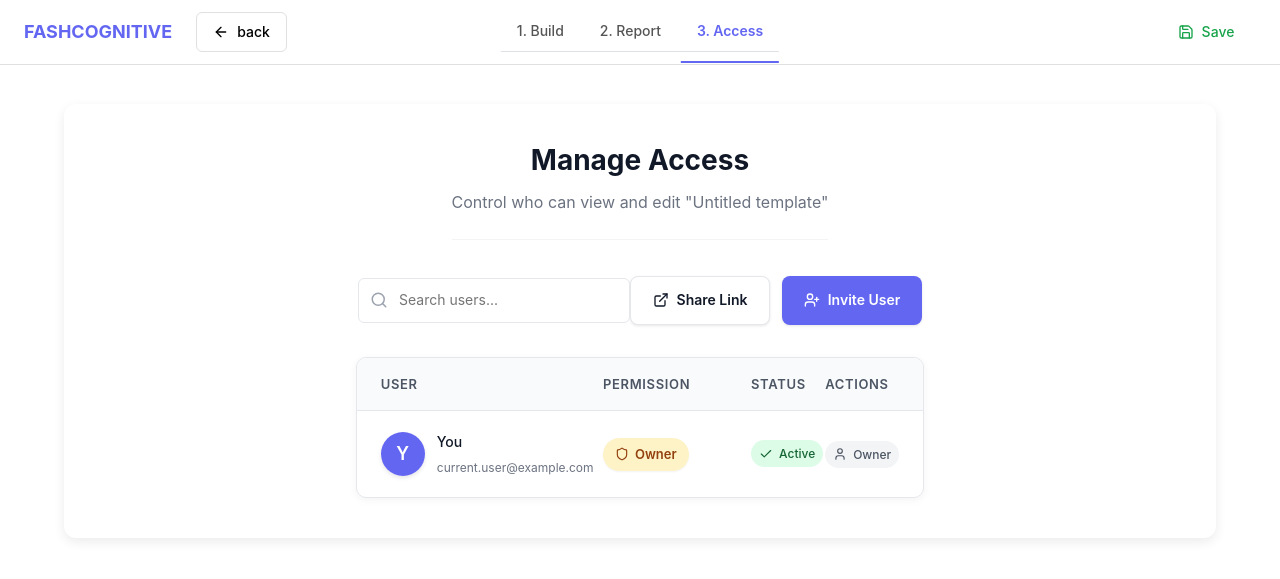
Repository: loganand612/fashcognitive-intern
Page: /ct (app in fash/), after clicking the first element matching `div.nav-tabs > :nth-child(3)`
These files come from the project's save history. The page is drawn as it stood at one moment and after the next save; the edit follows.
The browser window is 1280 px wide. The pictures show the whole page.
The project was rebuilt for these pictures with package versions that can differ from the ones it lists, and the page was loaded fresh each time. Also part of the build but not shown: fash/src/pages/Login.css, fash/src/pages/Register.css, fash/src/pages/Template.css, fash/src/pages/Home.tsx, fash/src/pages/Login.tsx, fash/src/pages/Register.tsx, fash/src/pages/Home2.tsx, fash/src/pages/Dashboard.tsx and 1 more. Imported but missing from the stored project, and not drawn on this page: fash/src/pages/assets/head1.mp4.

Above is the page before, as saved 2025-04-14 09:13:11.

### fash/src/index.tsx
import React from 'react';
import ReactDOM from 'react-dom/client';

// Import third-party styles first
import 'bootstrap/dist/css/bootstrap.min.css';
import '@fortawesome/fontawesome-free/css/all.min.css';

// Import page-specific styles last
import './pages/Home.css';
import './pages/Home2.css';
import './pages/Login.css';
import './pages/Register.css';
import './pages/Dashboard.css';
import './pages/Template.css';
import './pages/Create_template.css';

import App from './App';
import reportWebVitals from './reportWebVitals';

const root = ReactDOM.createRoot(
  document.getElementById('root') as HTMLElement
);
root.render(
  <React.StrictMode>
    <App />
  </React.StrictMode>
);

// If you want to start measuring performance in your app, pass a function
// to log results (for example: reportWebVitals(console.log))
// or send to an analytics endpoint. Learn more: https://bit.ly/CRA-vitals
reportWebVitals();

### fash/src/pages/Home.css
/* Reset & Base Styles */
* {
  margin: 0;
  padding: 0;
  box-sizing: border-box;
  font-family: -apple-system, BlinkMacSystemFont, 'Segoe UI', Roboto, sans-serif;
}

body {
  font-family: -apple-system, BlinkMacSystemFont, 'Segoe UI', Roboto, sans-serif;
  background-color: #f8f9fe;
  color: #1f2937;
  line-height: 1.5;
}

/* Layout */
.page-wrapper {
  min-height: 100vh;
  display: flex;
  flex-direction: column;
}

.content-wrapper {
  display: flex;
  flex: 1;
  position: relative;
}

/* Navigation */
.navbar {
  background: white;
  height: 64px;
  padding: 0 2rem;
  box-shadow: 0 1px 3px rgba(0,0,0,0.1);
  display: flex;
  align-items: center;
  justify-content: space-between;
  position: fixed;
  top: 0;
  left: 0;
  right: 0;
  z-index: 1000;
}

.logo {
  font-weight: bold;
  font-size: 1.5rem;
  color: #302d2d;
  text-decoration: none;
  transition: all 0.3s ease;
}

.logo:hover {
  color: #2563eb;
}

.nav-links {
  display: flex;
  gap: 1rem;
  align-items: center;
}

/* Buttons */
.btn {
  padding: 0.5rem 1rem;
  border-radius: 0.375rem;
  border: none;
  cursor: pointer;
  font-size: 0.875rem;
  font-weight: 500;
  text-decoration: none;
  transition: all 0.3s ease;
}

.btn-primary {
  background: #3b82f6;
  color: white;
}

.btn-primary:hover {
  background: #c0ceec;
}

.btn-secondary {
  background: #ffffff;
  border: 1px solid #e5e7eb;
  color: #4b5563;
}

.btn-secondary:hover {
  background: #d2d5da;
}

/* Language Selector */
.language-select {
  position: relative;
}

.language-btn {
  display: flex;
  align-items: center;
  gap: 0.5rem;
  padding: 0.5rem 1rem;
  border: 1px solid #e5e7eb;
  border-radius: 1.5rem;
  background: white;
  cursor: pointer;
  transition: all 0.3s ease;
}

.language-btn:hover {
  border-color: #3b82f6;
}

.language-dropdown {
  position: absolute;
  top: calc(100% + 0.5rem);
  right: 0;
  background: white;
  border-radius: 0.5rem;
  box-shadow: 0 4px 6px rgba(0,0,0,0.1);
  padding: 0.5rem 0;
  display: none;
  min-width: 150px;
  z-index: 1000;
}

.language-select:hover .language-dropdown {
  display: block;
}

.language-option {
  padding: 0.5rem 1rem;
  cursor: pointer;
  transition: all 0.3s ease;
}

.language-option:hover {
  background: #f8f9fe;
  color: #3b82f6;
}

/* Notification Badge */
.notification-badge {
  position: relative;
}

.notification-badge::after {
  content: '';
  position: absolute;
  top: -2px;
  right: -2px;
  width: 8px;
  height: 8px;
  background-color: #ef4444;
  border-radius: 50%;
  border: 2px solid white;
}

/* Sidebar */
.sidebar {
  width: 250px;
  background: white;
  height: calc(100vh - 64px);
  position: fixed;
  top: 64px;
  left: 0;
  padding: 1.5rem 1rem;
  border-right: 1px solid #e5e7eb;
  overflow-y: auto;
  z-index: 100;
}

.sidebar-link {
  display: flex;
  align-items: center;
  padding: 0.75rem 1rem;
  color: #4b5563;
  text-decoration: none;
  border-radius: 0.5rem;
  margin-bottom: 0.5rem;
  transition: all 0.3s ease;
}

.sidebar-link:hover {
  background: #f8f9fe;
  color: #3b82f6;
}

.sidebar-link.active {
  background: #3b82f6;
  color: white;
}

/* Main Content */
.main-content {
  margin-left: 250px;
  margin-top: 64px;
  padding: 5rem;
  width: calc(100% - 250px);
  min-height: calc(100vh - 64px);
}

.landing-content {
  display: flex;
  justify-content: space-between;
  align-items: center;
  gap: 4rem;
  max-width: 1200px;
  margin: 0 auto;
}

.content-left {
  flex: 1;
}

.content-left h1 {
  font-size: 2.5rem;
  color: #1f2937;
  margin-bottom: 2rem;
  line-height: 1.2;
}

.feature-list {
  list-style: none;
}

.feature-list li {
  display: flex;
  align-items: center;
  gap: 1rem;
  margin-bottom: 1rem;
  color: #4b5563;
}

.feature-list li::before {
  content: "";
  width: 20px;
  height: 20px;
  background: #3b82f6;
  border-radius: 50%;
  opacity: 0.2;
}

.qr-container {
  background: white;
  padding: 1rem;
  border-radius: 20px;
  box-shadow: 0 10px 15px rgba(0,0,0,0.1);
  transition: all 0.3s ease;
}

.qr-container:hover {
  transform: translateY(-5px);
  box-shadow: 0 4px 6px rgba(0,0,0,0.1);
}

.qr-code {
  width: 100%;
  max-width: 300px;
}

/* Footer */
.footer {
  background: white;
  padding: 5rem 7rem;
  margin-top: auto;
  margin-left: 250px;
}

.footer-content {
  max-width: 1500px;
  margin: 0 auto;
  display: grid;
  grid-template-columns: repeat(4, 1fr);
  gap: 2rem;
}

.footer-section h3 {
  color: #3b82f6;
  margin-bottom: 1rem;
  font-size: 1.1rem;
}

.footer-section ul {
  list-style: none;
}

.footer-section ul li {
  margin-bottom: 0.5rem;
}

.footer-section ul li a {
  color: #4b5563;
  text-decoration: none;
  transition: all 0.3s ease;
}

.footer-section ul li a:hover {
  color: #3b82f6;
}

.footer-bottom {
  max-width: 1200px;
  margin: 2rem auto 0;
  padding-top: 6rem;
  border-top: 1px solid #e5e7eb;
  text-align: center;
}

.store-buttons {
  display: flex;
  justify-content: center;
  gap: 1rem;
  margin-top: 1rem;
}

.store-buttons img {
  height: 40px;
  transition: all 0.3s ease;
}

.store-buttons img:hover {
  transform: translateY(-2px);
}

/* Mobile Menu Button */
.mobile-menu-btn {
  display: none;
  padding: 0.5rem;
  cursor: pointer;
  background: none;
  border: none;
}

/* Responsive Design */
@media (max-width: 1024px) {
  .sidebar {
      width: 200px;
  }

  .main-content {
      margin-left: 200px;
      width: calc(100% - 200px);
  }

  .footer {
      margin-left: 200px;
  }
}

@media (max-width: 768px) {
  .navbar {
      padding: 0 1rem;
  }

  .mobile-menu-btn {
      display: block;
  }

  .nav-links {
      display: none;
  }

  .nav-links.active {
      display: flex;
      flex-direction: column;
      position: absolute;
      top: 64px;
      left: 0;
      right: 0;
      background: white;
      padding: 1rem;
      box-shadow: 0 4px 6px rgba(0,0,0,0.1);
  }

  .sidebar {
      transform: translateX(-100%);
      transition: transform 0.3s ease;
  }

  .sidebar.active {
      transform: translateX(0);
  }

  .main-content,
  .footer {
      margin-left: 0;
      width: 100%;
  }

  .landing-content {
      flex-direction: column;
      text-align: center;
      padding: 1rem;
  }

  .content-left h1 {
      font-size: 2rem;
  }

  .footer-content {
      grid-template-columns: repeat(2, 1fr);
  }
}

@media (max-width: 480px) {
  .footer-content {
      grid-template-columns: 1fr;
  }
}

### fash/src/pages/Dashboard.css
.dashboard-container {
  display: flex;
  flex-direction: column;
  min-height: 100vh;
}

/* Navbar */
.navbar {
  position: fixed;
  top: 0;
  left: 0;
  right: 0;
  height: 64px;
  background: white;
  border-bottom: 1px solid #e5e7eb;
  display: flex;
  align-items: center;
  justify-content: space-between;
  padding: 0 24px;
  z-index: 50;
}

.navbar-brand {
  font-size: 20px;
  font-weight: 600;
}

.navbar-actions {
  display: flex;
  gap: 8px;
}

.nav-button {
  padding: 8px;
  background: none;
  border: none;
  border-radius: 8px;
  color: #6b7280;
  cursor: pointer;
  transition: all 0.2s;
}

.nav-button:hover {
  background-color: #f3f4f6;
  color: #111827;
}

.nav-icon {
  width: 20px;
  height: 20px;
}

/* Sidebar */
.sidebar {
  position: fixed;
  top: 64px;
  left: 0;
  width: 250px;
  height: calc(100vh - 64px);
  background: white;
  border-right: 1px solid #e5e7eb;
  padding: 16px 12px;
  overflow-y: auto;
}

.sidebar-nav {
  display: flex;
  flex-direction: column;
  gap: 2px;
}

.nav-link {
  display: flex;
  align-items: center;
  padding: 8px 12px;
  color: #6b7280;
  text-decoration: none;
  border-radius: 6px;
  transition: all 0.2s;
}

.nav-link:hover {
  background-color: #f3f4f6;
  color: #111827;
}

.nav-link .nav-icon {
  margin-right: 12px;
}

/* Main Content */
.main-content {
  margin-left: 250px;
  margin-top: 64px;
  padding: 32px;
  background-color: #f9fafb;
  min-height: calc(100vh - 64px);
}

/* Header Section */
.header-section {
  display: flex;
  justify-content: space-between;
  align-items: center;
  margin-bottom: 24px;
}

.page-title {
  font-size: 24px;
  font-weight: 600;
  color: #111827;
}

.user-tags {
  display: flex;
  align-items: center;
  gap: 8px;
}

.user-tag {
  display: flex;
  align-items: center;
  justify-content: center;
  min-width: 32px;
  height: 32px;
  padding: 0 12px;
  background-color: #f3f4f6;
  border-radius: 16px;
  font-size: 14px;
  font-weight: 500;
  color: #374151;
}

.user-count {
  display: flex;
  align-items: center;
  justify-content: center;
  height: 32px;
  padding: 0 12px;
  background-color: #f3f4f6;
  border-radius: 16px;
  font-size: 14px;
  font-weight: 500;
  color: #374151;
}

.add-user-button {
  height: 32px;
  padding: 0 16px;
  background-color: #111827;
  color: white;
  border: none;
  border-radius: 16px;
  font-size: 14px;
  font-weight: 500;
  cursor: pointer;
  transition: background-color 0.2s;
}

.add-user-button:hover {
  background-color: #1f2937;
}

/* Summary Cards */
.summary-cards {
  display: grid;
  grid-template-columns: repeat(3, 1fr);
  gap: 24px;
  margin-bottom: 32px;
}

.summary-card {
  background: white;
  border: 1px solid #e5e7eb;
  border-radius: 12px;
  padding: 24px;
  display: flex;
  align-items: center;
  justify-content: space-between;
}

.card-content {
  display: flex;
  align-items: center;
  gap: 16px;
}

.card-icon {
  width: 48px;
  height: 48px;
  background: #f3f4f6;
  border-radius: 8px;
  display: flex;
  align-items: center;
  justify-content: center;
}

.card-icon .icon {
  width: 24px;
  height: 24px;
  color: #374151;
}

.card-info {
  display: flex;
  flex-direction: column;
}

.card-count {
  font-size: 24px;
  font-weight: 600;
  color: #111827;
  line-height: 1.2;
}

.card-label {
  font-size: 14px;
  color: #6b7280;
}

.card-sublabel {
  font-size: 12px;
  color: #9ca3af;
  margin-top: 2px;
}

.card-arrow {
  width: 20px;
  height: 20px;
  color: #9ca3af;
}

/* Recent Activity */
.recent-activity {
  background: white;
  border: 1px solid #e5e7eb;
  border-radius: 12px;
  overflow: hidden;
}

.section-title {
  font-size: 18px;
  font-weight: 600;
  color: #111827;
  padding: 20px 24px;
  border-bottom: 1px solid #e5e7eb;
}

.activity-list {
  display: flex;
  flex-direction: column;
}

.activity-item {
  display: flex;
  align-items: center;
  justify-content: space-between;
  padding: 16px 24px;
  border-bottom: 1px solid #e5e7eb;
}

.activity-item:last-child {
  border-bottom: none;
}

.activity-info {
  display: flex;
  flex-direction: column;
  gap: 4px;
}

.activity-title {
  font-size: 14px;
  font-weight: 500;
  color: #111827;
}

.activity-meta {
  display: flex;
  gap: 16px;
}

.meta-type,
.meta-date {
  font-size: 14px;
  color: #6b7280;
}

.status-badge {
  padding: 4px 12px;
  border-radius: 16px;
  font-size: 14px;
  font-weight: 500;
}

.status-badge.completed {
  background-color: #f3f4f6;
  color: #111827;
}

.status-badge.in-progress {
  background-color: #f3f4f6;
  color: #6b7280;
}

/* Responsive */
@media (max-width: 1024px) {
  .summary-cards {
    grid-template-columns: repeat(2, 1fr);
  }
}

@media (max-width: 768px) {
  .summary-cards {
    grid-template-columns: 1fr;
  }

  .sidebar {
    width: 64px;
  }

  .nav-link span {
    display: none;
  }

  .main-content {
    margin-left: 64px;
  }
}

### fash/src/App.tsx
import { BrowserRouter as Router, Route, Routes } from 'react-router-dom';
import Home from './pages/Home';
import Login from './pages/Login';
import Register from './pages/Register';
import Home2 from './pages/Home2';
import Create_template from './pages/Create_template';
import Dashboard from './pages/Dashboard';
import Template from './pages/Template_page';

function App() {
    return (
        <div className="app-container">
            <Router>
                <div className="page-container">
                    <div className="content-container">
                        <Routes>
                            <Route path="/" element={<Home2 />} />
                            <Route path="/login" element={<Login />} />
                            <Route path="/register" element={<Register />} />
                            <Route path="/homee" element={<Home />} />
                            <Route path="/ct" element={<Create_template />} />
                            <Route path="/dashboard" element={<Dashboard />} />
                            <Route path="template" element={<Template />} />
                        </Routes>
                    </div>
                </div>
            </Router>
        </div>
    );
}

export default App;

### fash/src/reportWebVitals.ts
import { onCLS, onFID, onFCP, onLCP, onTTFB } from 'web-vitals';

const reportWebVitals = (onPerfEntry?: (metric: any) => void) => {
  if (onPerfEntry && onPerfEntry instanceof Function) {
    onCLS(onPerfEntry);
    onFID(onPerfEntry);
    onFCP(onPerfEntry);
    onLCP(onPerfEntry);
    onTTFB(onPerfEntry);
  }
};

export default reportWebVitals;

### fash/src/components/AccessManager.css
.access-manager {
  width: 90%;
  max-width: 1200px;
  margin: 0 auto;
  padding: 40px;
  background-color: #fff;
  border-radius: 12px;
  box-shadow: 0 4px 12px rgba(0, 0, 0, 0.08);
  display: flex;
  flex-direction: column;
  align-items: center;
}

.access-header {
  margin-bottom: 36px;
  text-align: center;
  padding-bottom: 24px;
  border-bottom: 1px solid #f3f4f6;
}

.access-header h2 {
  font-size: 28px;
  font-weight: 700;
  color: #111827;
  margin-bottom: 12px;
}

.access-header p {
  font-size: 16px;
  color: #6b7280;
  max-width: 600px;
  margin: 0 auto;
}

.access-actions {
  display: flex;
  justify-content: space-between;
  align-items: center;
  margin-bottom: 32px;
  padding: 0 16px;
}

.search-container {
  position: relative;
  flex: 1;
  max-width: 500px;
}

.search-icon {
  position: absolute;
  left: 12px;
  top: 50%;
  transform: translateY(-50%);
  color: #9ca3af;
}

.search-input {
  width: 100%;
  padding: 10px 12px 10px 40px;
  border: 1px solid #e5e7eb;
  border-radius: 6px;
  font-size: 14px;
  outline: none;
  transition: border-color 0.2s;
}

.search-input:focus {
  border-color: #6366f1;
  box-shadow: 0 0 0 2px rgba(99, 102, 241, 0.1);
}

.action-buttons {
  display: flex;
  gap: 12px;
}

.invite-button, .share-link-button {
  display: flex;
  align-items: center;
  gap: 8px;
  padding: 12px 20px;
  border-radius: 8px;
  font-size: 14px;
  font-weight: 600;
  cursor: pointer;
  transition: all 0.2s;
  box-shadow: 0 1px 3px rgba(0, 0, 0, 0.1);
}

.invite-button {
  background-color: #6366f1;
  color: white;
  border: none;
  min-width: 140px;
  justify-content: center;
}

.invite-button:hover {
  background-color: #4f46e5;
  transform: translateY(-1px);
  box-shadow: 0 4px 6px rgba(0, 0, 0, 0.1);
}

.share-link-button {
  background-color: white;
  color: #111827;
  border: 1px solid #e5e7eb;
  min-width: 140px;
  justify-content: center;
}

.share-link-button:hover {
  background-color: #f9fafb;
  border-color: #d1d5db;
  transform: translateY(-1px);
  box-shadow: 0 4px 6px rgba(0, 0, 0, 0.05);
}

.share-link-container {
  margin: 0 16px 32px 16px;
  padding: 24px;
  background-color: #f9fafb;
  border: 1px solid #e5e7eb;
  border-radius: 10px;
  box-shadow: 0 2px 8px rgba(0, 0, 0, 0.05);
}

.share-link-header {
  display: flex;
  justify-content: space-between;
  align-items: center;
  margin-bottom: 12px;
}

.share-link-header h3 {
  font-size: 16px;
  font-weight: 600;
  color: #111827;
  margin: 0;
}

.close-button {
  background: none;
  border: none;
  color: #6b7280;
  cursor: pointer;
  padding: 4px;
  border-radius: 4px;
  display: flex;
  align-items: center;
  justify-content: center;
}

.close-button:hover {
  background-color: #f3f4f6;
  color: #111827;
}

.share-link-container p {
  font-size: 14px;
  color: #6b7280;
  margin-bottom: 12px;
}

.share-link-input {
  display: flex;
  gap: 8px;
}

.share-link-input input {
  flex: 1;
  padding: 10px 12px;
  border: 1px solid #e5e7eb;
  border-radius: 6px;
  font-size: 14px;
  background-color: white;
  color: #111827;
}

.share-link-input button {
  display: flex;
  align-items: center;
  gap: 8px;
  padding: 10px 16px;
  background-color: white;
  color: #111827;
  border: 1px solid #e5e7eb;
  border-radius: 6px;
  font-size: 14px;
  font-weight: 500;
  cursor: pointer;
  transition: all 0.2s;
}

.share-link-input button:hover {
  background-color: #f9fafb;
  border-color: #d1d5db;
}

.invite-form {
  margin: 0 16px 32px 16px;
  padding: 32px;
  background-color: white;
  border: 1px solid #e5e7eb;
  border-radius: 10px;
  box-shadow: 0 4px 12px rgba(0, 0, 0, 0.08);
}

.invite-form-header {
  display: flex;
  justify-content: space-between;
  align-items: center;
  margin-bottom: 16px;
}

.invite-form-header h3 {
  font-size: 18px;
  font-weight: 600;
  color: #111827;
  margin: 0;
}

.form-group {
  margin-bottom: 16px;
}

.form-group label {
  display: flex;
  align-items: center;
  gap: 4px;
  font-size: 14px;
  font-weight: 500;
  color: #374151;
  margin-bottom: 8px;
}

.info-button {
  background: none;
  border: none;
  color: #6b7280;
  cursor: pointer;
  padding: 2px;
  border-radius: 50%;
  display: flex;
  align-items: center;
  justify-content: center;
}

.info-button:hover {
  color: #111827;
  background-color: #f3f4f6;
}

.email-input {
  position: relative;
}

.email-icon {
  position: absolute;
  left: 12px;
  top: 50%;
  transform: translateY(-50%);
  color: #9ca3af;
}

.email-input input {
  width: 100%;
  padding: 10px 12px 10px 40px;
  border: 1px solid #e5e7eb;
  border-radius: 6px;
  font-size: 14px;
  outline: none;
  transition: border-color 0.2s;
}

.email-input input:focus {
  border-color: #6366f1;
  box-shadow: 0 0 0 2px rgba(99, 102, 241, 0.1);
}

.form-group select {
  width: 100%;
  padding: 10px 12px;
  border: 1px solid #e5e7eb;
  border-radius: 6px;
  font-size: 14px;
  background-color: white;
  color: #111827;
  outline: none;
  transition: border-color 0.2s;
  appearance: none;
  background-image: url("data:[embedded picture, 228 characters]");
  background-repeat: no-repeat;
  background-position: right 12px center;
  background-size: 16px;
}

.form-group select:focus {
  border-color: #6366f1;
  box-shadow: 0 0 0 2px rgba(99, 102, 241, 0.1);
}

.permission-details {
  margin-bottom: 16px;
  padding: 16px;
  background-color: #f9fafb;
  border: 1px solid #e5e7eb;
  border-radius: 6px;
}

.permission-item {
  margin-bottom: 12px;
}

.permission-item:last-child {
  margin-bottom: 0;
}

.permission-item h4 {
  font-size: 14px;
  font-weight: 600;
  color: #111827;
  margin: 0 0 4px 0;
}

.permission-item p {
  font-size: 12px;
  color: #6b7280;
  margin: 0;
}

.invite-actions {
  display: flex;
  justify-content: flex-end;
  gap: 12px;
  margin-top: 24px;
}

.cancel-button, .send-invite-button {
  padding: 10px 16px;
  border-radius: 6px;
  font-size: 14px;
  font-weight: 500;
  cursor: pointer;
  transition: all 0.2s;
}

.cancel-button {
  background-color: white;
  color: #111827;
  border: 1px solid #e5e7eb;
}

.cancel-button:hover {
  background-color: #f9fafb;
  border-color: #d1d5db;
}

.send-invite-button {
  background-color: #6366f1;
  color: white;
  border: none;
}

.send-invite-button:hover {
  background-color: #4f46e5;
}

.send-invite-button:disabled {
  background-color: #c7d2fe;
  cursor: not-allowed;
}

.users-list-container {
  border: 1px solid #e5e7eb;
  border-radius: 10px;
  overflow: hidden;
  box-shadow: 0 2px 8px rgba(0, 0, 0, 0.05);
  margin: 0 16px;
}

.users-list-header {
  display: grid;
  grid-template-columns: 3fr 2fr 1fr 1fr;
  padding: 16px 24px;
  background-color: #f9fafb;
  border-bottom: 1px solid #e5e7eb;
}

.users-list-header > div {
  font-size: 13px;
  font-weight: 600;
  color: #4b5563;
  text-transform: uppercase;
  letter-spacing: 0.05em;
}

.users-list {
  max-height: 500px;
  overflow-y: auto;
}

.user-item {
  display: grid;
  grid-template-columns: 3fr 2fr 1fr 1fr;
  padding: 20px 24px;
  border-bottom: 1px solid #e5e7eb;
  align-items: center;
  transition: background-color 0.2s;
}

.user-item:hover {
  background-color: #f9fafb;
}

.user-item:last-child {
  border-bottom: none;
}

.user-info {
  display: flex;
  align-items: center;
  gap: 12px;
}

.user-avatar {
  width: 44px;
  height: 44px;
  border-radius: 50%;
  overflow: hidden;
  flex-shrink: 0;
  box-shadow: 0 2px 4px rgba(0, 0, 0, 0.1);
}

.user-avatar img {
  width: 100%;
  height: 100%;
  object-fit: cover;
}

.avatar-placeholder {
  width: 100%;
  height: 100%;
  background-color: #6366f1;
  color: white;
  display: flex;
  align-items: center;
  justify-content: center;
  font-size: 18px;
  font-weight: 600;
}

.user-details {
  overflow: hidden;
}

.user-name {
  font-size: 14px;
  font-weight: 500;
  color: #111827;
  margin-bottom: 4px;
  white-space: nowrap;
  overflow: hidden;
  text-overflow: ellipsis;
}

.user-email {
  font-size: 12px;
  color: #6b7280;
  white-space: nowrap;
  overflow: hidden;
  text-overflow: ellipsis;
}

.permission-badge {
  display: inline-flex;
  align-items: center;
  gap: 6px;
  padding: 6px 12px;
  border-radius: 20px;
  font-size: 13px;
  font-weight: 600;
  box-shadow: 0 1px 2px rgba(0, 0, 0, 0.05);
}

.permission-badge.owner {
  background-color: #fef3c7;
  color: #92400e;
}

.permission-badge.admin {
  background-color: #dbeafe;
  color: #1e40af;
}

.permission-badge.editor {
  background-color: #dcfce7;
  color: #166534;
}

.permission-badge.viewer {
  background-color: #f3f4f6;
  color: #4b5563;
}

.permission-select {
  width: 100%;
  padding: 6px 8px;
  border: 1px solid #e5e7eb;
  border-radius: 4px;
  font-size: 12px;
  background-color: white;
  color: #111827;
  outline: none;
}

.status-badge {
  display: inline-flex;
  align-items: center;
  gap: 6px;
  padding: 4px 8px;
  border-radius: 16px;
  font-size: 12px;
  font-weight: 500;
}

.status-badge.active {
  background-color: #dcfce7;
  color: #166534;
}

.status-badge.pending {
  background-color: #fef3c7;
  color: #92400e;
}

.status-badge.expired {
  background-color: #fee2e2;
  color: #b91c1c;
}

.user-actions {
  display: flex;
  align-items: center;
  gap: 8px;
  justify-content: flex-end;
}

.edit-button, .delete-button, .save-button {
  background: none;
  border: none;
  width: 32px;
  height: 32px;
  border-radius: 4px;
  display: flex;
  align-items: center;
  justify-content: center;
  color: #6b7280;
  cursor: pointer;
  transition: all 0.2s;
}

.edit-button:hover {
  background-color: #f3f4f6;
  color: #111827;
}

.save-button {
  color: #16a34a;
}

.save-button:hover {
  background-color: #dcfce7;
}

.delete-button:hover {
  background-color: #fee2e2;
  color: #b91c1c;
}

.owner-badge {
  display: inline-flex;
  align-items: center;
  gap: 6px;
  padding: 4px 8px;
  border-radius: 16px;
  font-size: 12px;
  font-weight: 500;
  background-color: #f3f4f6;
  color: #4b5563;
}

.no-users {
  display: flex;
  flex-direction: column;
  align-items: center;
  justify-content: center;
  padding: 48px 0;
  color: #6b7280;
  gap: 16px;
}

.no-users p {
  font-size: 14px;
  margin: 0;
}

/* Responsive styles */
@media (max-width: 768px) {
  .access-actions {
    flex-direction: column;
    align-items: stretch;
    gap: 16px;
  }

  .search-container {
    max-width: none;
  }

  .users-list-header, .user-item {
    grid-template-columns: 2fr 1fr 1fr;
  }

  .permission-column {
    display: none;
  }

  .user-permission {
    display: none;
  }
}

@media (max-width: 640px) {
  .users-list-header, .user-item {
    grid-template-columns: 2fr 1fr;
  }

  .status-column {
    display: none;
  }

  .user-status {
    display: none;
  }

  .user-info {
    flex-direction: column;
    align-items: flex-start;
    gap: 4px;
  }

  .user-avatar {
    width: 32px;
    height: 32px;
  }
}

Loaded but not shown: fash/public/index.html (common file); fash/src/pages/Create_template.tsx (2764 lines, source omitted); fash/src/pages/Create_template.css (2726 lines, source omitted); fash/src/pages/Home2.css (1263 lines, source omitted); fash/src/components/AccessManager.tsx (423 lines, source omitted)

After the next save:
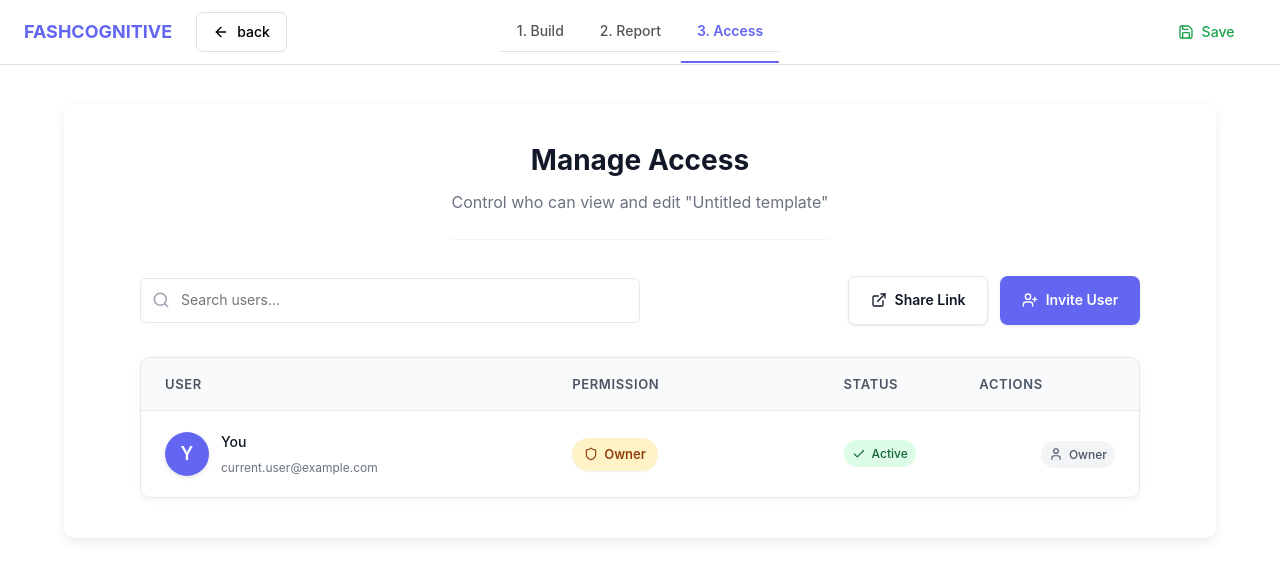
Saved 19 s later.
--- a/fash/src/components/AccessManager.css
+++ b/fash/src/components/AccessManager.css
@@ -37,7 +37,8 @@
   justify-content: space-between;
   align-items: center;
   margin-bottom: 32px;
-  padding: 0 16px;
+  width: 100%;
+  max-width: 1000px;
 }
 
 .search-container {
@@ -117,12 +118,14 @@
 }
 
 .share-link-container {
-  margin: 0 16px 32px 16px;
+  margin-bottom: 32px;
   padding: 24px;
   background-color: #f9fafb;
   border: 1px solid #e5e7eb;
   border-radius: 10px;
   box-shadow: 0 2px 8px rgba(0, 0, 0, 0.05);
+  width: 100%;
+  max-width: 1000px;
 }
 
 .share-link-header {
@@ -198,12 +201,14 @@
 }
 
 .invite-form {
-  margin: 0 16px 32px 16px;
+  margin-bottom: 32px;
   padding: 32px;
   background-color: white;
   border: 1px solid #e5e7eb;
   border-radius: 10px;
   box-shadow: 0 4px 12px rgba(0, 0, 0, 0.08);
+  width: 100%;
+  max-width: 1000px;
 }
 
 .invite-form-header {
@@ -376,7 +381,8 @@
   border-radius: 10px;
   overflow: hidden;
   box-shadow: 0 2px 8px rgba(0, 0, 0, 0.05);
-  margin: 0 16px;
+  width: 100%;
+  max-width: 1000px;
 }
 
 .users-list-header {
